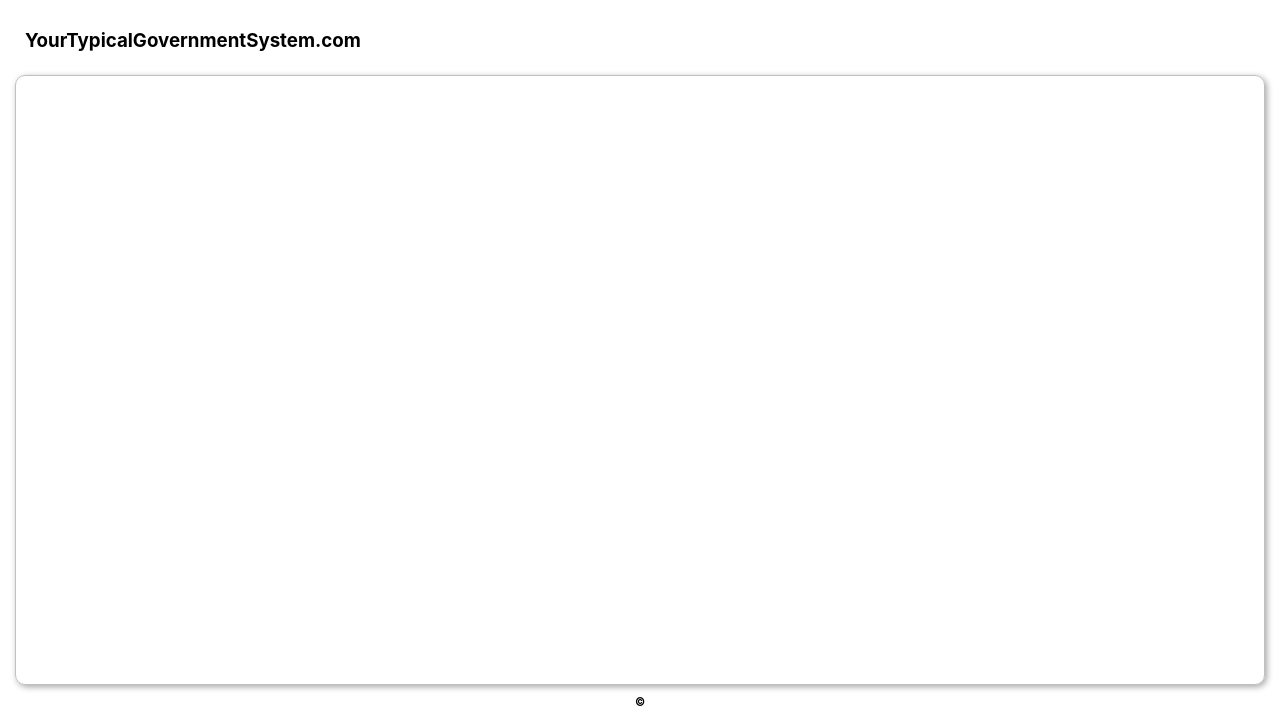
Repository: marlonguerios/onerecord_hackathon_2022
Page: /customs
The author's editor kept a copy of each file at every save. The page is drawn from the files as they stood at one save, then again after the next save.
The browser window is 1280 px wide. The pictures show the whole page.
The project was rebuilt for these pictures with package versions that can differ from the ones it lists, and the page was loaded fresh each time. Also part of the build but not shown: src/Dashboard.js.

Above is the page before, as saved 2022-10-22 20:33:09.

After the next save:
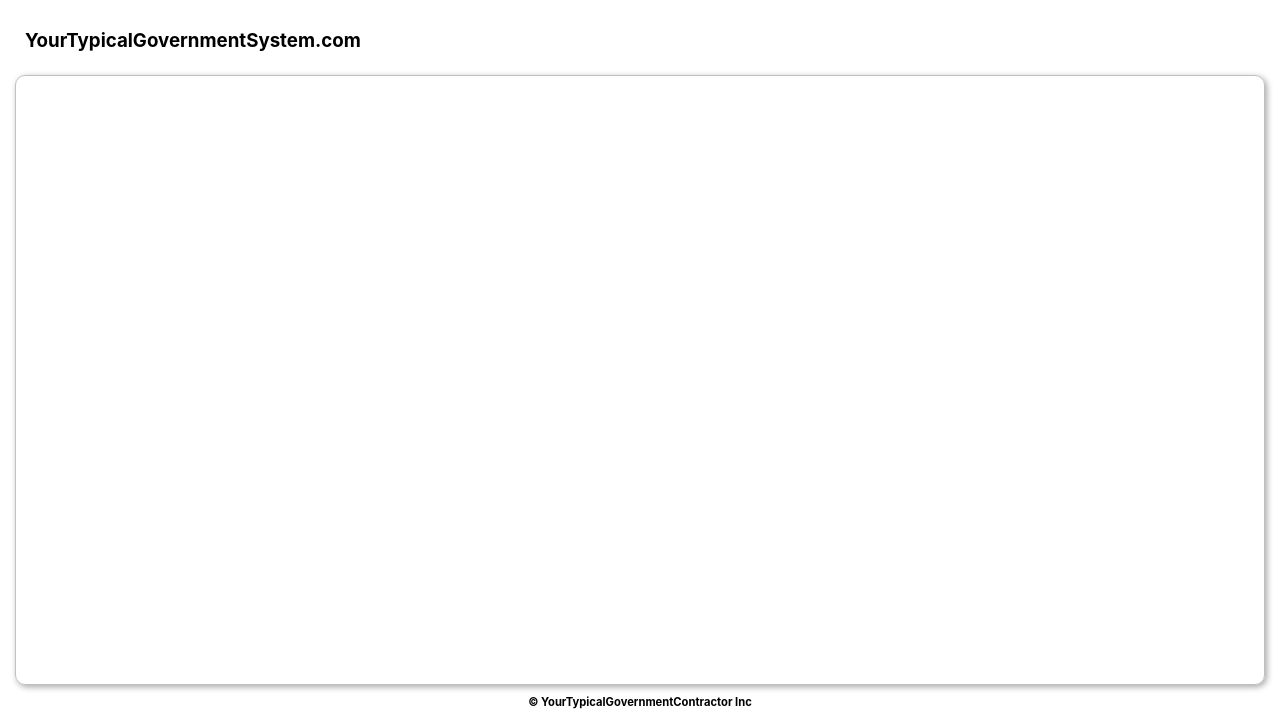
Saved 17 s later.
--- a/src/CustomsDashboard.js
+++ b/src/CustomsDashboard.js
@@ -30,7 +30,7 @@ class CustomsDashboard extends Component {
         return <div className="customs-page">
             <CustomsHeader />
             <CustomsContent bookings={ this.state.bookings } />
-            <footer id="customs-footer">&copy;</footer>
+            <footer id="customs-footer">&copy; YourTypicalGovernmentContractor Inc</footer>
         </div>
     }
 
